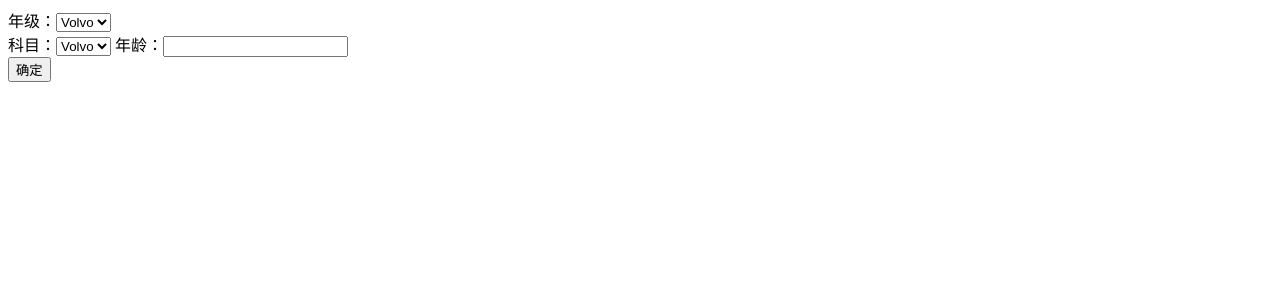
Repository: hasegetc/JavaWorkspace
Page: http://localhost/com.sinaapp.sanrenxing.web/pages/demo.jsp
The author's editor kept a copy of each file at every save. The page is drawn from the files as they stood at one save, then again after the next save.
The browser window is 1280 px wide. The pictures show the whole page.
The page is served by Tomcat 9. Nobody is signed in. The application's start-up code is not run. Other server files are loaded and not shown.

Above is the page before, as saved 2014-03-23 15:25:27.

### sanrenxing/com.sinaapp.sanrenxing.web/WebContent/pages/demo.jsp
<%@ page language="java" import="java.util.*" pageEncoding="UTF-8"%>
<%
String path = request.getContextPath();
String basePath = request.getScheme()+"://"+request.getServerName()+":"+request.getServerPort()+path+"/";
request.setCharacterEncoding("UTF-8");
%>

<!DOCTYPE HTML PUBLIC "-//W3C//DTD HTML 4.01 Transitional//EN">
<html>
  <head>
    <base href="<%=basePath%>">

    <title>My JSP 'demo.jsp' starting page</title>

	<meta http-equiv="pragma" content="no-cache">
	<meta http-equiv="cache-control" content="no-cache">
	<meta http-equiv="expires" content="0">
	<meta http-equiv="keywords" content="keyword1,keyword2,keyword3">
	<meta http-equiv="description" content="This is my page">
	<!--
	<link rel="stylesheet" type="text/css" href="styles.css">
	-->

  </head>

  <body>
    <form action="demo!insert.action">
    <div id = "lesson">
    	年级：<select name="lesson">
			<option value="volvo">Volvo</option>
			<option value="saab">Saab</option>
			<option value="fiat">Fiat</option>
			<option value="audi">Audi</option>
		</select>
		</div>
    	科目：<select name="lesson">
			<option value="volvo">Volvo</option>
			<option value="saab">Saab</option>
			<option value="fiat">Fiat</option>
			<option value="audi">Audi</option>
		</select> 年龄：<input name="age" onkeyup="this.value=this.value.replace(/[^0-9]/g,'');"><br>
    	<input type="submit" value="确定">
    </form>
  </body>
</html>

After the next save:
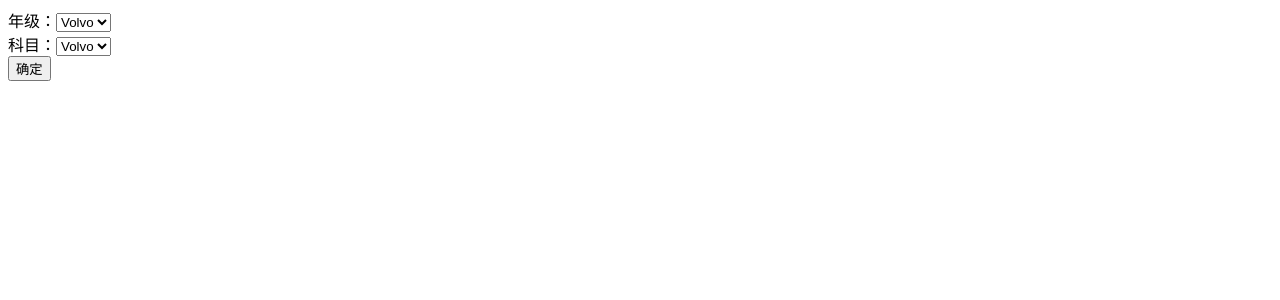
Saved 34 s later.
--- a/sanrenxing/com.sinaapp.sanrenxing.web/WebContent/pages/demo.jsp
+++ b/sanrenxing/com.sinaapp.sanrenxing.web/WebContent/pages/demo.jsp
@@ -33,12 +33,15 @@ request.setCharacterEncoding("UTF-8");
 			<option value="audi">Audi</option>
 		</select>
 		</div>
+		<div>
     	科目：<select name="lesson">
 			<option value="volvo">Volvo</option>
 			<option value="saab">Saab</option>
 			<option value="fiat">Fiat</option>
 			<option value="audi">Audi</option>
-		</select> 年龄：<input name="age" onkeyup="this.value=this.value.replace(/[^0-9]/g,'');"><br>
+		</select>
+		</div>
+		<!-- 年龄：<input name="age" onkeyup="this.value=this.value.replace(/[^0-9]/g,'');"><br> -->
     	<input type="submit" value="确定">
     </form>
   </body>
